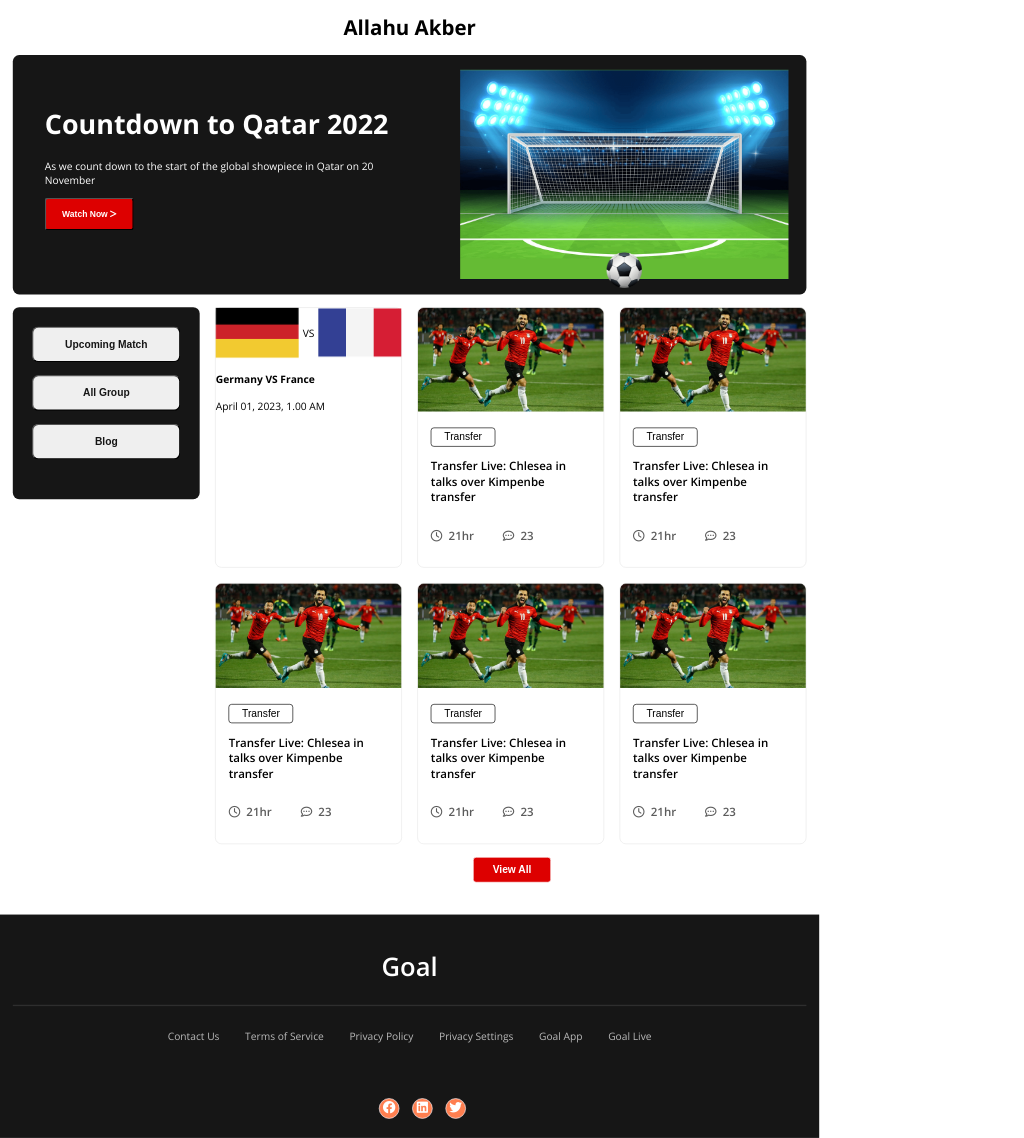
Repository: zjria/Qatar-world-cup
Page: match.html
An editor plug-in stored every save of this project. The page is shown before and after the next save, followed by the edit.
The browser window is 1280 px wide. The page is 1600 px wide, so the pictures cover 1600 px, including what lies to the right of the window. The pictures show the whole page, at 64% of full size.

Above is the page before, as saved 2022-09-10 10:06:49.

### match.html
<!DOCTYPE html>
<html lang="en">

<head>
    <meta charset="UTF-8">
    <meta http-equiv="X-UA-Compatible" content="IE=edge">
    <meta name="viewport" content="width=device-width, initial-scale=1.0">
    <title>QATAR WORLD CUP</title>
    <!-- Font Awesome CDN Link -->
    <link rel="stylesheet" href="https://cdnjs.cloudflare.com/ajax/libs/font-awesome/6.2.0/css/all.min.css"
        integrity="sha512-xh6O/CkQoPOWDdYTDqeRdPCVd1SpvCA9XXcUnZS2FmJNp1coAFzvtCN9BmamE+4aHK8yyUHUSCcJHgXloTyT2A=="
        crossorigin="anonymous" referrerpolicy="no-referrer" />
    <!-- Font Awesome CDN Link -->
    <link rel="stylesheet" href="https://cdnjs.cloudflare.com/ajax/libs/font-awesome/6.2.0/css/all.min.css"
        integrity="sha512-xh6O/CkQoPOWDdYTDqeRdPCVd1SpvCA9XXcUnZS2FmJNp1coAFzvtCN9BmamE+4aHK8yyUHUSCcJHgXloTyT2A=="
        crossorigin="anonymous" referrerpolicy="no-referrer" />
    <!-- Custom CSS -->
    <link rel="stylesheet" href="style.css">

</head>

<body>
    <h1 style="text-align:center;">Allahu Akber</h1>


    <!-- Header Section -->
    <header class="header-container">

        <div class="header-text">
            <h1>Countdown to Qatar 2022</h1>
            <p>As we count down to the start of the global showpiece in Qatar on 20 November</p>
            <button>Watch Now <i class="fa-solid fa-greater-than"></i> </button>
        </div>

        <div class="header-img">
            <marquee behavior="alternate" scrollamount="0" direction="">
                <marquee behavior="alternate" scrollamount="0" direction="">
                    <img src="images/Ball.png" class="ball" alt="">
                </marquee>

            </marquee>

        </div>


    </header>


    <!-- Nav Section start HTML -->
    <div class="nav-container">
        <nav class="nav-section">
            <div class="all-button">
                <button><a href="#">Upcoming Match</a></button>
                <button><a href="#">All Group</a></button>
                <button><a href="#">Blog</a></button>
            </div>
        </nav>

        <!-- Main Section Start HTML  -->
        <main class="main-section">
            <div class="transfer">
                <div class="match-vs">
                    <img src="images/germany Flag.png" alt=""> <span>VS</span>
                    <img src="images/Flag.png" alt="">
                </div>
                <h4>Germany VS France </h4>
                <p>April 01, 2023, 1.00 AM</p>


            </div>
            <div class="transfer">
                <img src="images/Blog Image.png" alt=""> <br>
                <div class="button-text">
                    <button>Transfer</button>
                    <p>Transfer Live: Chlesea in talks over Kimpenbe transfer</p>
                    <div class="icons">
                        <p><i class="fa-regular fa-clock"></i> <span>21hr</span></p>
                        <p><i class="fa-regular fa-comment-dots"></i> <span> 23</span></p>
                    </div>
                </div>
            </div>
            <div class="transfer">
                <img src="images/Blog Image.png" alt=""> <br>
                <div class="button-text">
                    <button>Transfer</button>
                    <p>Transfer Live: Chlesea in talks over Kimpenbe transfer</p>
                    <div class="icons">
                        <p><i class="fa-regular fa-clock"></i> <span>21hr</span></p>
                        <p><i class="fa-regular fa-comment-dots"></i> <span> 23</span></p>
                    </div>
                </div>
            </div>
            <div class="transfer">
                <img src="images/Blog Image.png" alt=""> <br>
                <div class="button-text">
                    <button>Transfer</button>
                    <p>Transfer Live: Chlesea in talks over Kimpenbe transfer</p>
                    <div class="icons">
                        <p><i class="fa-regular fa-clock"></i> <span>21hr</span></p>
                        <p><i class="fa-regular fa-comment-dots"></i> <span> 23</span></p>
                    </div>
                </div>
            </div>
            <div class="transfer">
                <img src="images/Blog Image.png" alt=""> <br>
                <div class="button-text">
                    <button>Transfer</button>
                    <p>Transfer Live: Chlesea in talks over Kimpenbe transfer</p>
                    <div class="icons">
                        <p><i class="fa-regular fa-clock"></i> <span>21hr</span></p>
                        <p><i class="fa-regular fa-comment-dots"></i> <span> 23</span></p>
                    </div>
                </div>
            </div>
            <div class="transfer">
                <img src="images/Blog Image.png" alt=""> <br>
                <div class="button-text">
                    <button>Transfer</button>
                    <p>Transfer Live: Chlesea in talks over Kimpenbe transfer</p>
                    <div class="icons">
                        <p><i class="fa-regular fa-clock"></i> <span>21hr</span></p>
                        <p><i class="fa-regular fa-comment-dots"></i> <span> 23</span></p>
                    </div>
                </div>
            </div>
        </main>
    </div>

    <!-- Only Table -->
    <div class="view-all">
        <Button>View All</Button>
    </div>

    <!-- Footer Section start -->
    <div class="footer-container">
        <div class="footer">
            <h2>Goal</h2>
            <hr>
            <div class="footer-text">
                <ul>
                    <li>Contact Us</li>
                    <li>Terms of Service</li>
                    <li>Privacy Policy</li>
                    <li>Privacy Settings</li>
                    <li>Goal App</li>
                    <li>Goal Live</li>
                </ul>
            </div>
        </div>
        <!-- Social Icons start -->
        <div class="social-icons">
            <ul>
                <li><a href="https://web.facebook.com/profile.php?id=100010388645936"><i
                            class="fa-brands fa-facebook"></i></a></li>
                <li><a href="https://www.linkedin.com/in/web-developer-zj/"><i class="fa-brands fa-linkedin"></i></a>
                </li>
                <li><a href="https://twitter.com/webdeveloper_zj"><i class="fa-brands fa-twitter"></i></a></li>
            </ul>
        </div>
    </div>
</body>

</html>

### style.css
/* Google Fonts Link */
@import url('https://fonts.googleapis.com/css2?family=Open+Sans:wght@300;400;500;600;700&family=Poppins:wght@500&family=Roboto:wght@100;300;400;500;700;900&display=swap');

body {
    font-family: 'Open Sans', sans-serif;
    margin: 0%;
    padding: 0%;
    background-color: white;
}

/* Header Section */

.header-container {
    display: flex;
    border-radius: 10px;
    margin-bottom: 130px;
    margin: 20px;
    background: #161616;
}

.header-container .header-text {
    color: #FFFFFF;
    padding: 50px;
    width: 50%;

}

.header-container .header-text h1 {
    font-size: 42px;
    bottom: 20px;
}

.header-container .header-text p {
    font-size: 16px;
}

.header-container .header-text button {
    background: #DD0000;
    border-radius: 5px;
    padding: 16px 25px;
    color: white;
    font-weight: 700;
}

.header-img {
    background: url(images/goal-bar.png);
    background-repeat: no-repeat;
    background-position: center;
    background-size: 90%;
    width: 50%;
}

.header-img .ball {
    justify-content: center;
    align-items: center;
    margin: 0 auto;
    display: flex;
    margin-top: 54%;
}

.header-img img {
    width: 10%;
}

.ball {
    transition: transform 0.3s ease-out;
}

.header-img:hover .ball {
    transform: rotate(90deg);
    transform: translate(280px, -50%);
    padding-top: -60px;
    transform: scale(0.5) translate(-100%, -100%) rotate(0.5turn);

}


/* Nav Section Start */

.nav-container {
    display: flex;
    margin: 20px;
}

.nav-section {
    background: #161616;
    border-radius: 10px;
    margin-right: 24px;
    width: 500px;
    height: 300px;
}

.all-button {
    display: flex;
    flex-direction: column;
    margin: 30px 30px 0px 30px;
}

.all-button button {
    padding: 17px;
    margin-bottom: 20px;
    border-radius: 10px;
    font-weight: 700;
    font-size: 16px;
}

.all-button button a {
    text-decoration: none;
    color: #161616;
}

.all-button button:hover {
    background-color: #DD0000;
    color: white;
}

/* Main Section */
.main-section {
    display: grid;
    grid-template-columns: repeat(3, 1fr);
    grid-column-gap: 24px;
    grid-row-gap: 24px;
}

.transfer {
    border: 1px solid #E8E8E8;
    border-radius: 10px;
}

.transfer .match-vs {
    display: flex;
    justify-content: center;
    align-items: center;
    text-align: center;
}

.transfer span {
    padding: 0 5px;
}

.button-text {
    padding: 20px;
}

.button-text button {
    padding: 5px 20px;
    border: 1px solid;
    border-radius: 5px;
    font-size: 16px;
    background-color: white;
}

.button-text p {
    font-size: 18px;
    font-weight: 600;
}

.transfer img {
    width: 100%;
}

.container .nav-section {
    width: 312px;
}

.icons {
    display: flex;
    color: rgba(22, 22, 22, 0.7);
    font-size: 16px;
}

.icons p {
    margin-right: 40px;
}

/* Only Table */
.view-all {
    display: flex;
    justify-content: center;
    margin: 0 auto;
    margin-right: -25%;
}

.view-all button {
    padding: 10px 30px;
    border: 1px solid;
    border-radius: 5px;
    font-size: 16px;
    color: white;
    background-color: #DD0000;
    font-weight: 700;
}



/* Footer Container style start */
.footer-container {
    width: 100%;
    background: #161616;
    margin-top: 50px;
}

.footer hr {
    border: 1px solid rgba(255, 255, 255, 0.1);

}

.footer {
    text-align: center;
    justify-content: center;
    align-items: center;
    margin: 0 auto;
    padding: 20px 0px;
}

.footer hr {
    margin: 0px 20px;
}

.footer-container h2 {
    color: #FFFFFF;
    font-weight: 600;
    font-size: 40px;

}

.footer-container .footer-text {
    color: #FFFFFF;
    text-align: center;
    justify-content: center;
    align-items: center;

}

.footer-container .footer-text ul {
    display: flex;
    text-align: center;
    justify-content: center;
    align-items: center;
    /* margin: 0px 20px; */
    padding: 0px;
}

.footer-container .footer-text ul li {
    text-decoration: none;
    list-style: none;
    margin: 20px 20px;
    color: #B9B9B9;
    font-size: 16px;
}

/* Social Icons style start */
.social-icons {
    color: white;
    font-size: 20px;
    margin: 0 auto;
    text-align: center;
    justify-content: center;
    align-items: center;
    display: flex;
}

.social-icons ul {
    display: flex;
}

.social-icons ul li {
    background-color: coral;
    border-radius: 50%;
    width: 30px;
    height: 30px;
    border: 1px solid ghostwhite;
    list-style: none;
    margin: 10px;

}

.social-icons ul li a {
    color: white;
}

After the next save:
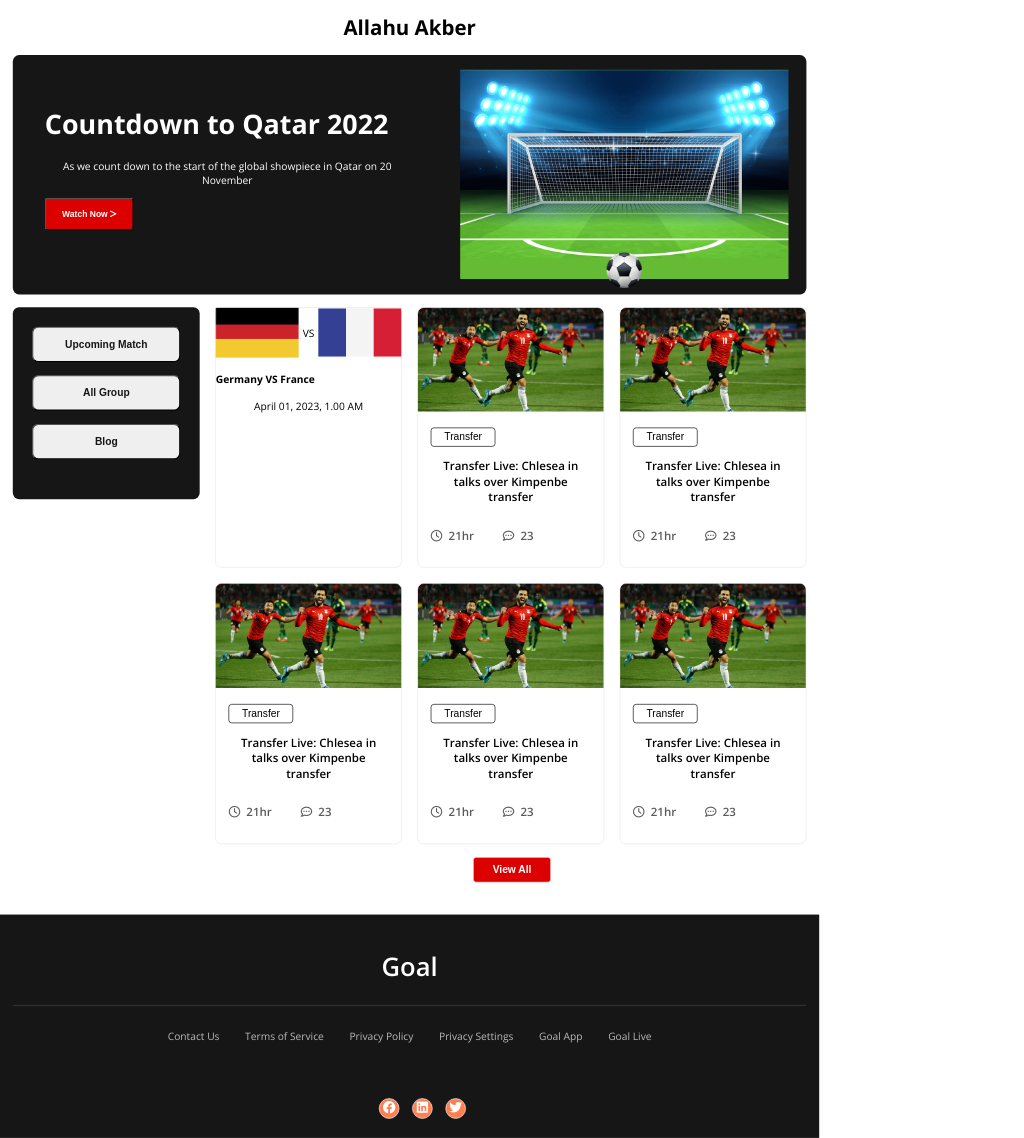
Saved 38 s later.
--- a/style.css
+++ b/style.css
@@ -129,6 +129,14 @@
 
 .transfer .match-vs {
     display: flex;
+    justify-content: center;
+    align-items: center;
+    text-align: center;
+}
+
+.transfer .match-vs h3,
+p {
+
     justify-content: center;
     align-items: center;
     text-align: center;

After the 2 saves that followed:
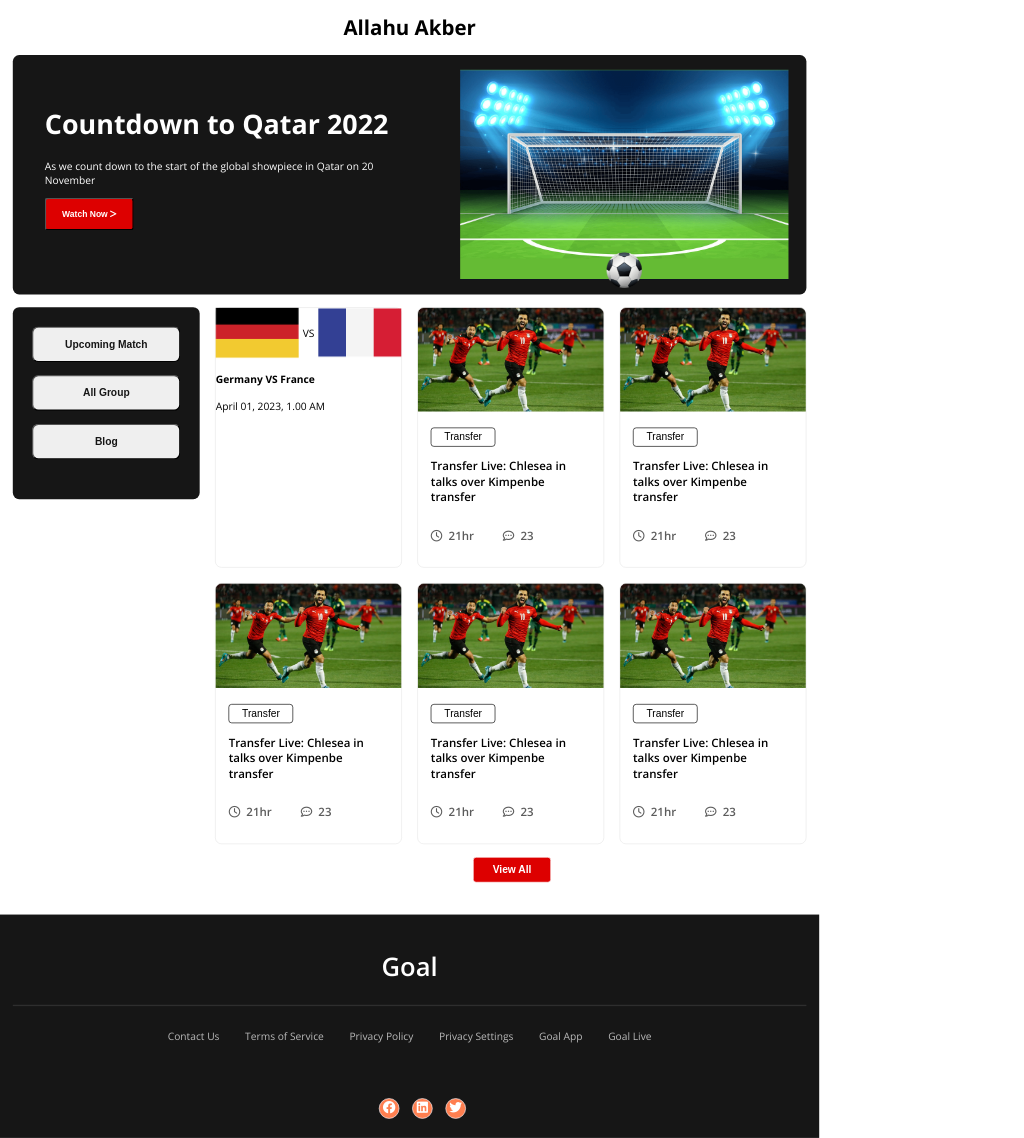
The 2 saves are shown as one change because 1 left the picture as it was.
The last was saved 51 s later.
--- a/style.css
+++ b/style.css
@@ -134,8 +134,7 @@
     text-align: center;
 }
 
-.transfer .match-vs h3,
-p {
+.transfer .match-vs h4 p {
 
     justify-content: center;
     align-items: center;
